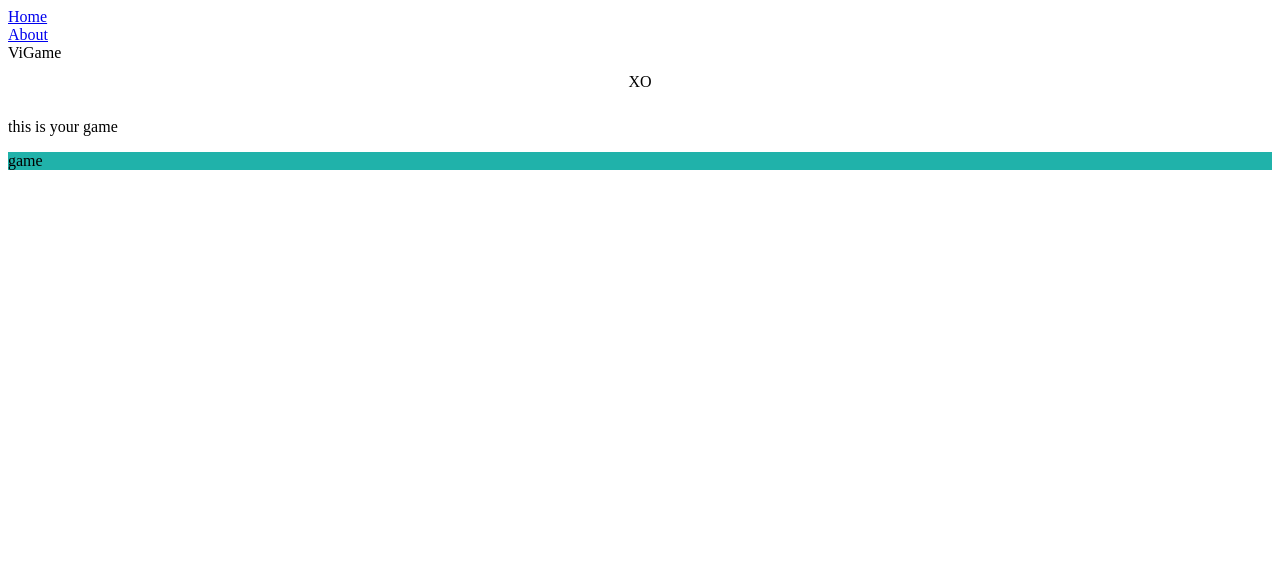
Repository: vahid242/viGame
Page: http://localhost/tic-tac-toe
The author's editor kept a record of every edit. The page is drawn from the files as they stood at one moment, then again after the next edit.
The browser window is 1280 px wide. The pictures show the whole page.
The page is served by the project's Node server (v1/app.js).

Above is the page before.

### v1/views/tic.ejs
<!DOCTYPE html>
<html>
    <head>
        <title>Page Title</title>
        <link rel="stylesheet" href="/tic.css">
    </head>
    <body>
        <div class="container">
                <div class="nav-wrapper">
        <div class="left-side">
            <div class="nav-link-wrapper">
                <a href="/">Home</a>
            </div>

            <div class="nav-link-wrapper">
                <a href="/">About</a>
            </div>
        </div>

        <div class="right-side">
            <div class="brand">
                <div>ViGame</div>
            </div>
        </div>
    </div>

            <div class="upside">
                <div class="choose">
                    <div class="chooseBox">X</div>
                    <div class="chooseBox">O</div>
                </div>
                <div id="userChose">
                    <p>this is your game</p>
                </div>
            </div>

            <div class="downside">
                <div>game</div>
            </div>
        </div>
    </body>
</html>

### v1/app.js
var express = require("express");
var app = express();

app.set("view engine", "ejs");
app.use(express.static("public"));

app.get("/", function(req, res){
    res.render("home");
});

app.get("/tic-tac-toe", function(req, res){
    res.render("tic");
});

app.listen(process.env.PORT, process.env.IP, function(){
    console.log("The server has started");
});

### v1/public/tic.css
/*body{*/

/*}*/

.choose{
    display: flex;
    justify-content: center;
    text-align: center;
    line-height:40px;
}

#xChose{
    background-color: red;
    width: 150px;
    height: 40px;
    border-radius: 10px;
    margin: 0 10px;
}
#oChose{
    background-color: red;
    width: 150px;
    height: 40px;
    border-radius: 10px;
    margin: 0 10px;
}
.downside{
    background-color:#20B2AA;
    margin-bottom: 0;
}

### v1/public/stylesheets/tic.css
/*body{*/

/*}*/

/* Nav stylyes*/
.nav-wrapper{
    display: flex;
    justify-content:space-between;
    padding:35px;
}
.left-side{
    display: flex;
}

.nav-wrapper > .left-side > div{
    margin-right: 20px;
    font-size: 0.9em;
    text-transform: uppercase;
}

.nav-link-wrapper{
    height: 22px;
    border-bottom: 1px solid transparent;
    transition: border-bottom 0.5s;
}

.nav-link-wrapper a{
    color: #8a8a8a;
    text-decoration: none;
    transition: color 0.5s;
}

.nav-link-wrapper:hover {
    border-bottom:1px solid black;
}

.nav-link-wrapper a:hover{
    color: black;
}

/*upside style */
.upside{
    margin-bottom: 20px;
    text-align: center;
}
.choose{
    display: flex;
    justify-content: center;
    text-align: center;
    line-height:40px;
}

.chooseBox{
    border:1px solid black;
    background-color: white;
    width: 150px;
    height: 40px;
    border-radius: 10px;
    margin: 0 10px;
}
.chooseBox:hover {
	box-shadow: 0 3px black;
	top: 2px;
}

.downside{
    background-color:#20B2AA;
    margin-bottom: 0;
    height: 350px;
}

After the next edit:
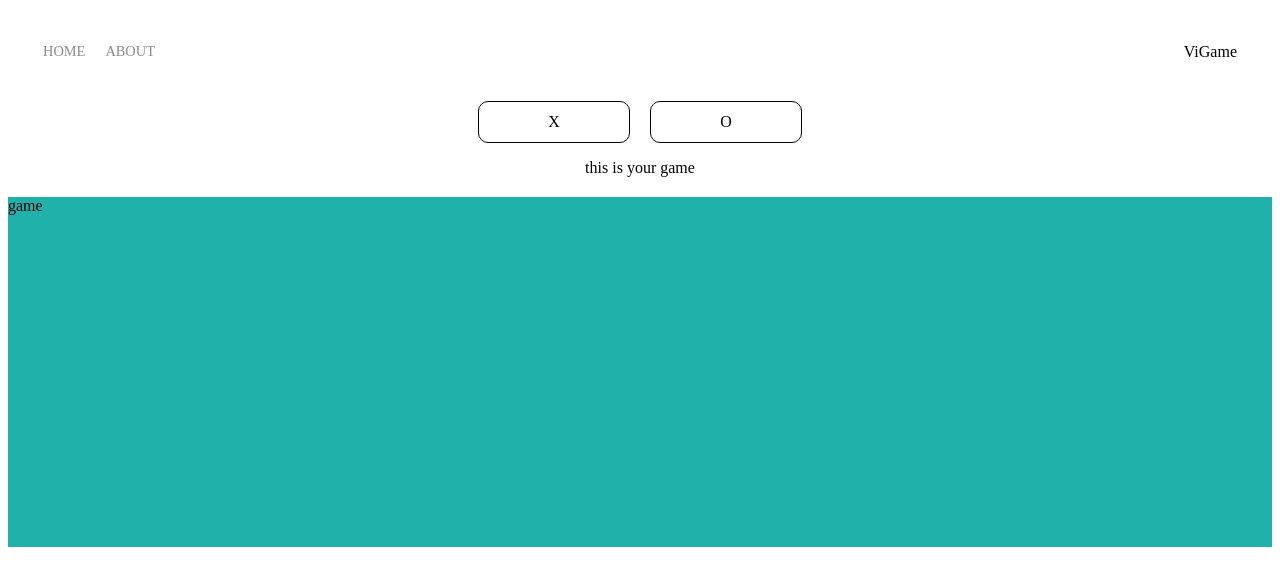
The edit:
--- a/v1/views/tic.ejs
+++ b/v1/views/tic.ejs
@@ -2,7 +2,7 @@
 <html>
     <head>
         <title>Page Title</title>
-        <link rel="stylesheet" href="/tic.css">
+        <link rel="stylesheet" href="/stylesheets/tic.css">
     </head>
     <body>
         <div class="container">
